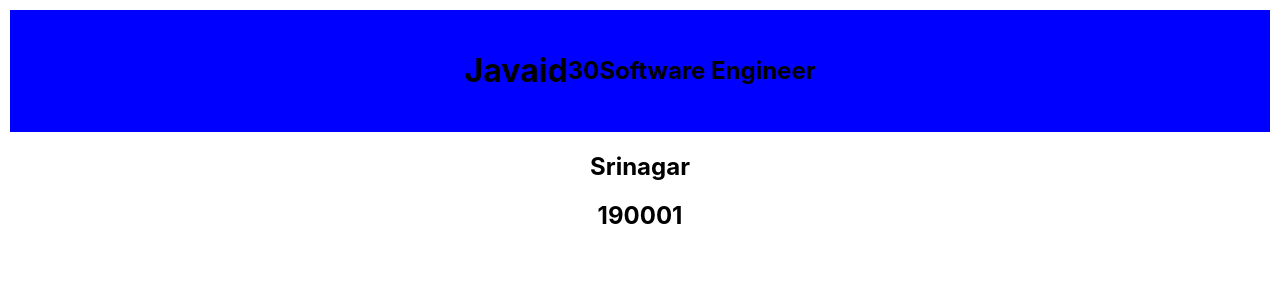
Repository: JavaidAhmadKhan/framer-motion-reacr
Page: /
These files come from the project's save history. The page is drawn as it stood at one moment and after a run of saves; the edit follows.
The browser window is 1280 px wide. The pictures show the whole page.
The project was rebuilt for these pictures with package versions that can differ from the ones it lists, and the page was loaded fresh each time.

Above is the page before, as saved 2022-05-19 17:21:22.

### src/App.js
import { Component } from "react";

import "./App.css";
class App extends Component {
  constructor() {
    console.log("constructor");
    super();
    console.log("super");
    this.state = {
      name: "Javaid",
      age: 30,
      profession: "Software Engineer",
      address: {
        city: "Srinagar",
        pincode: "190001",
      },
    };
  }

  render() {
    console.log("render");
    return (
      <div className="App">
        <div
          style={{
            display: "flex",
            alignItems: "center",
            justifyContent: "center",
            margin: "10px",
            padding: "20px",
            backgroundColor:"blue",
          }}
        >
          <h1>{this.state.name}</h1>
          <h2>{this.state.age}</h2>
          <h2>{this.state.profession}</h2>
        </div>
        <h2>{this.state.address.city}</h2>
        <h2>{this.state.address.pincode}</h2>
      </div>
    );
  }
}

export default App;

Loaded but not shown: public/index.html (common file); src/index.js (common file); src/index.css (common file); src/reportWebVitals.js (common file); src/App.css (common file)

After the next 2 saves:
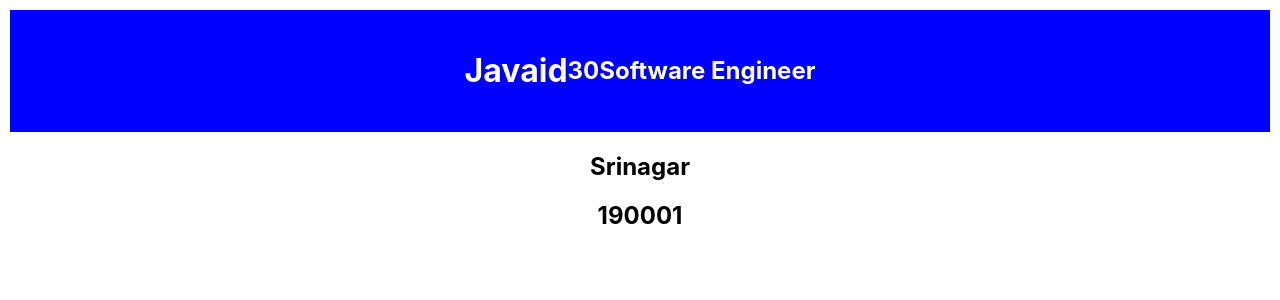
The 2 saves are shown as one change because they came seconds apart.
The last was saved 11 s later.
--- a/src/App.js
+++ b/src/App.js
@@ -28,7 +28,8 @@ class App extends Component {
             justifyContent: "center",
             margin: "10px",
             padding: "20px",
-            backgroundColor:"blue",
+            backgroundColor: "blue",
+            color: "white",
           }}
         >
           <h1>{this.state.name}</h1>
